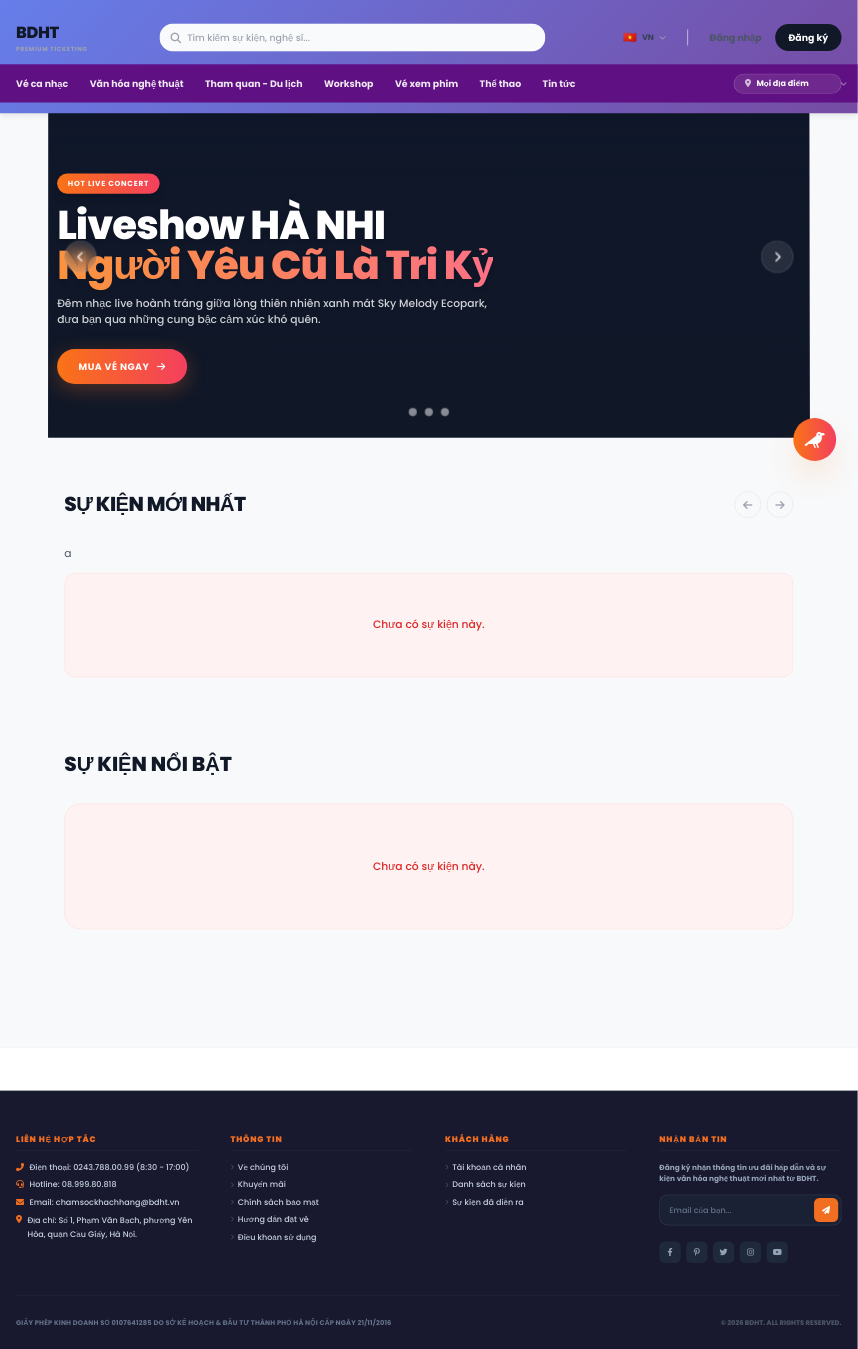
Repository: Vu-Tien-Duc/K23CNT3_VuTienDuc_Project4_EventTicket
Page: EventTicket_BDHT_Project/frontend-web/pages/index.html
These files come from the project's save history. The page is drawn as it stood at one moment and after the next save; the edit follows.
The browser window is 1280 px wide. The pictures show the whole page, at 67% of full size.
The page's requests for data from a server got no answer. Some web libraries are served in a nearby version.

Above is the page before, as saved 2026-05-20 23:08:20.
Not found: EventTicket_BDHT_Project/frontend-web/assets/js/core/i18n.js

After the next save:
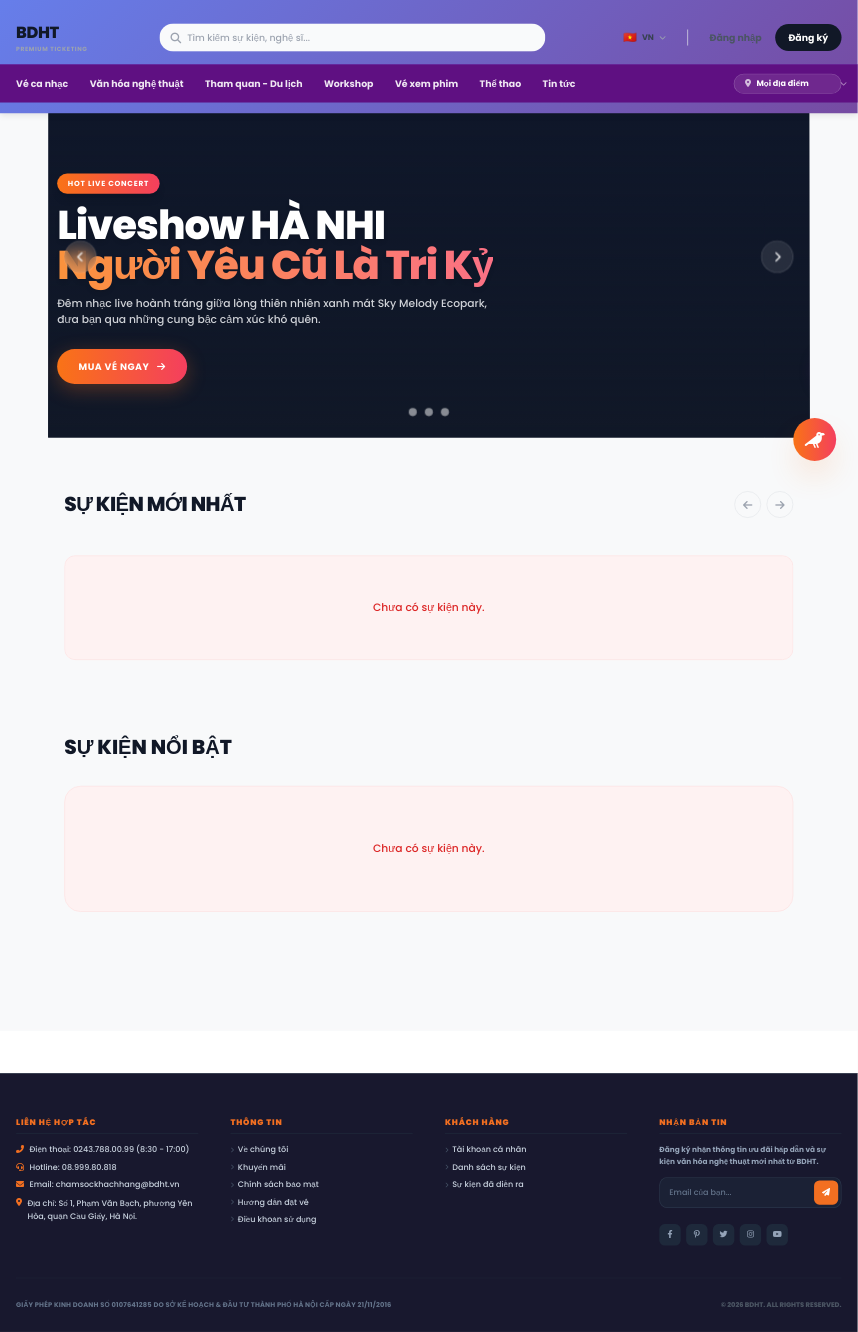
Saved 2 min 9 s later.
--- a/EventTicket_BDHT_Project/frontend-web/pages/index.html
+++ b/EventTicket_BDHT_Project/frontend-web/pages/index.html
@@ -105,7 +105,7 @@
             </div>
 
             <div class="relative -mx-6 px-6">
-                a<div id="mini-slider-track" class="flex gap-8 overflow-x-auto pb-8 pt-4 scrollbar-hide scroll-smooth snap-x"></div>
+                <div id="mini-slider-track" class="flex gap-8 overflow-x-auto pb-8 pt-4 scrollbar-hide scroll-smooth snap-x"></div>
             </div>
         </section>
 
